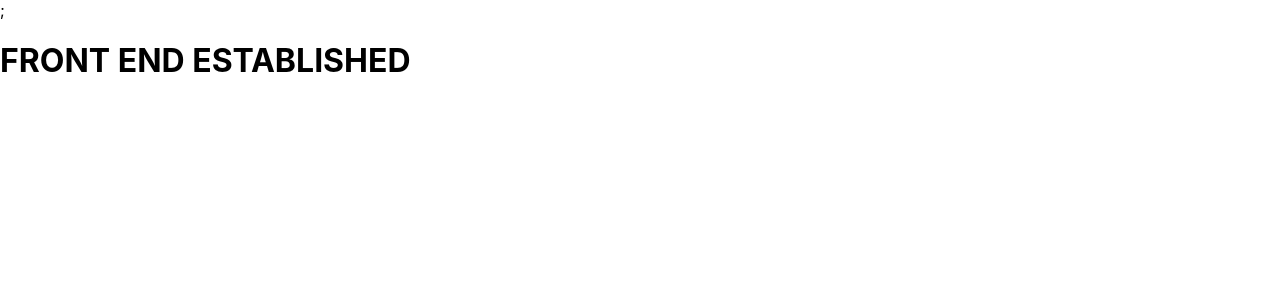
Repository: MikeTroianello/speed-coding
Page: / (app in client/)
These files come from the project's save history. The page is drawn as it stood at one moment and after the next save; the edit follows.
The browser window is 1280 px wide. The pictures show the whole page.
The project was rebuilt for these pictures with package versions that can differ from the ones it lists, and the page was loaded fresh each time.

Above is the page before, as saved 2019-09-26 23:54:37.

After the next save:
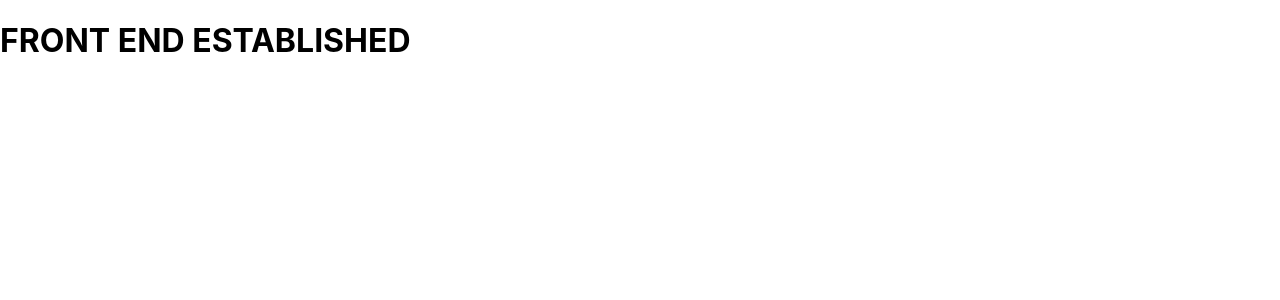
Saved 7 s later.
--- a/client/src/App.js
+++ b/client/src/App.js
@@ -9,7 +9,7 @@
 function App() {
   return (
     <Router>
-      <div className='App'></div>;
+      <div className='App'></div>
       <Switch>
         <Route exact path='/' component={Home} />
       </Switch>

After the save that followed:
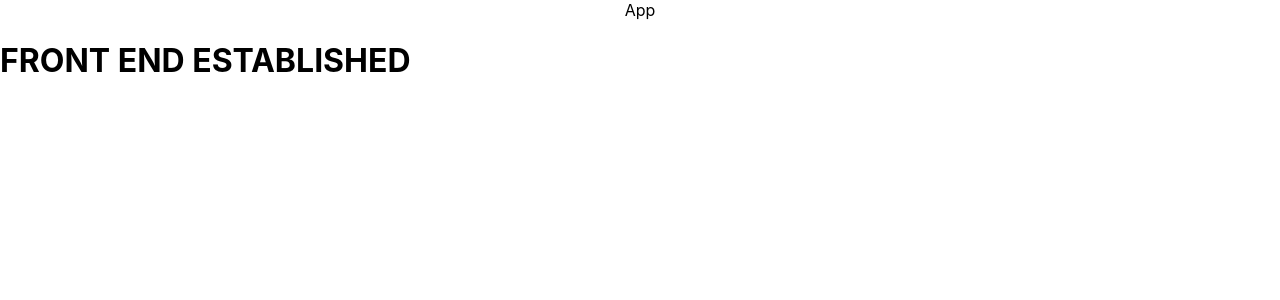
Saved 6 s later.
--- a/client/src/App.js
+++ b/client/src/App.js
@@ -9,7 +9,7 @@
 function App() {
   return (
     <Router>
-      <div className='App'></div>
+      <div className='App'>App</div>
       <Switch>
         <Route exact path='/' component={Home} />
       </Switch>
